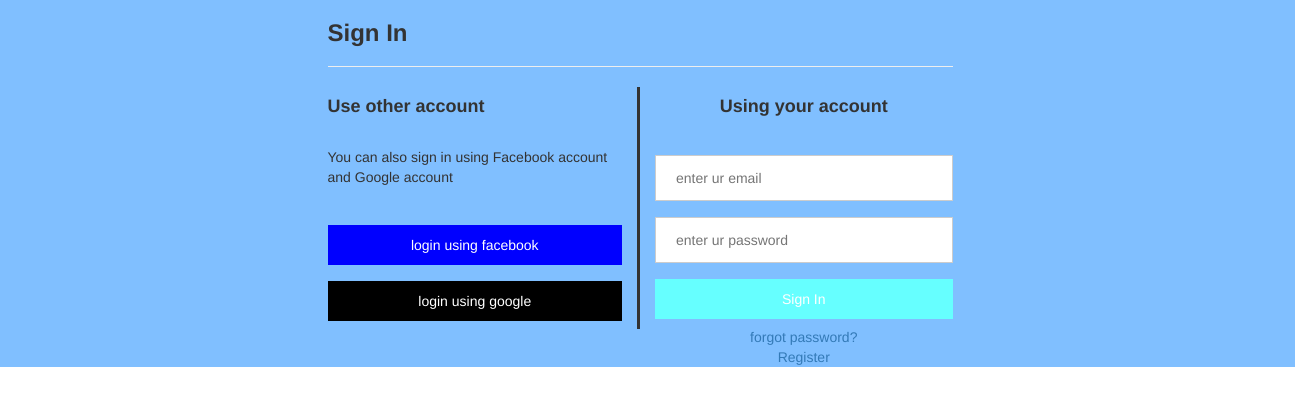
Repository: sujay-a-v/FunctionalPrograms
Page: http://localhost/CollegeApp/Signin.jsp
These files come from the project's save history. The page is drawn as it stood at one moment and after the next save; the edit follows.
The browser window is 1280 px wide. The page is 1295 px wide, so the pictures cover 1295 px, including what lies to the right of the window. The pictures show the whole page.
Some web libraries are served in a nearby version. The page is served by Tomcat 9.

Above is the page before, as saved 2017-10-29 05:41:11.
Console error: ReferenceError: $ is not defined

After the next save:
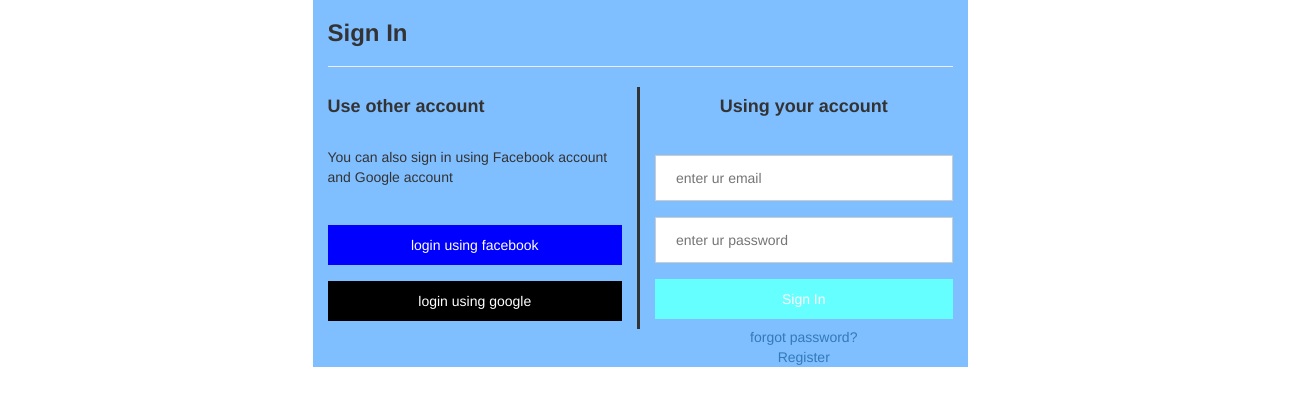
Saved 40 s later.
--- a/Sujay/Servlet/CollegeApp/WebContent/Signin.jsp
+++ b/Sujay/Servlet/CollegeApp/WebContent/Signin.jsp
@@ -43,9 +43,9 @@ if(error!=null || error!="")
 		<div align="center" >
 
 
-				<div class="row" style="background-color:  #80bfff">
+				<div class="row" >
 					<div class="col-sm-3"></div>
-					<div class="col-sm-6">
+					<div class="col-sm-6" style="background-color:  #80bfff">
 						<h3 align="left"><b>Sign In</b></h3>
 						<hr >
 
